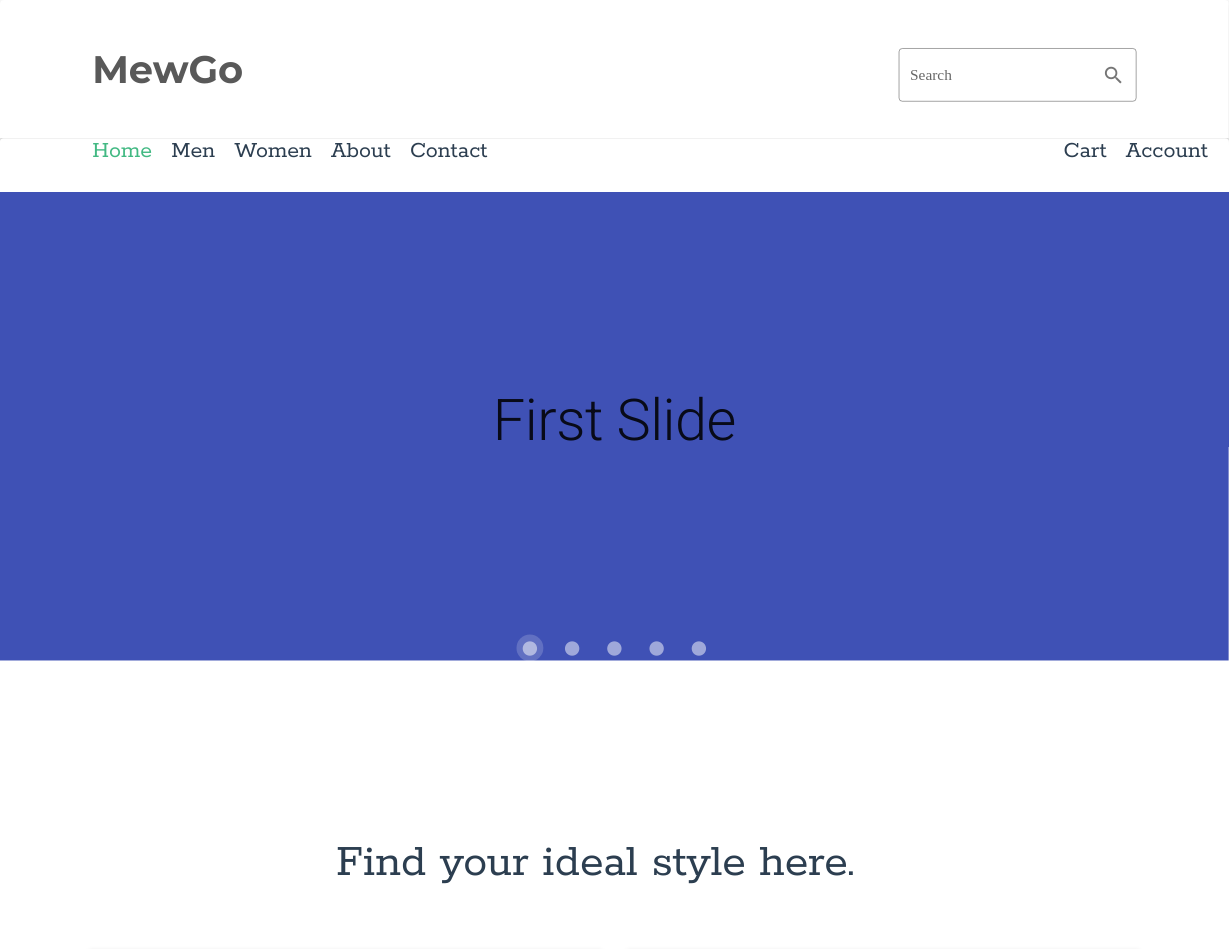
Repository: nguyenphuong152/shoesstore
Page: / (app in frontend-customer/)
The author's editor kept a copy of each file at every save. The page is drawn from the files as they stood at one save, then again after the next save.
The browser window is 1280 px wide. The pictures show the part of the page from y = 0 to 989 px (the page is 3230 px tall), at 96% of full size.
Pictures or frames that could not be fetched are drawn as grey boxes. The project was rebuilt for these pictures with package versions that can differ from the ones it lists, and the page was loaded fresh each time. Also part of the build but not shown: frontend-customer/vue.config.js.

Above is the page before, as saved 2020-11-18 10:39:12.

After the next save:
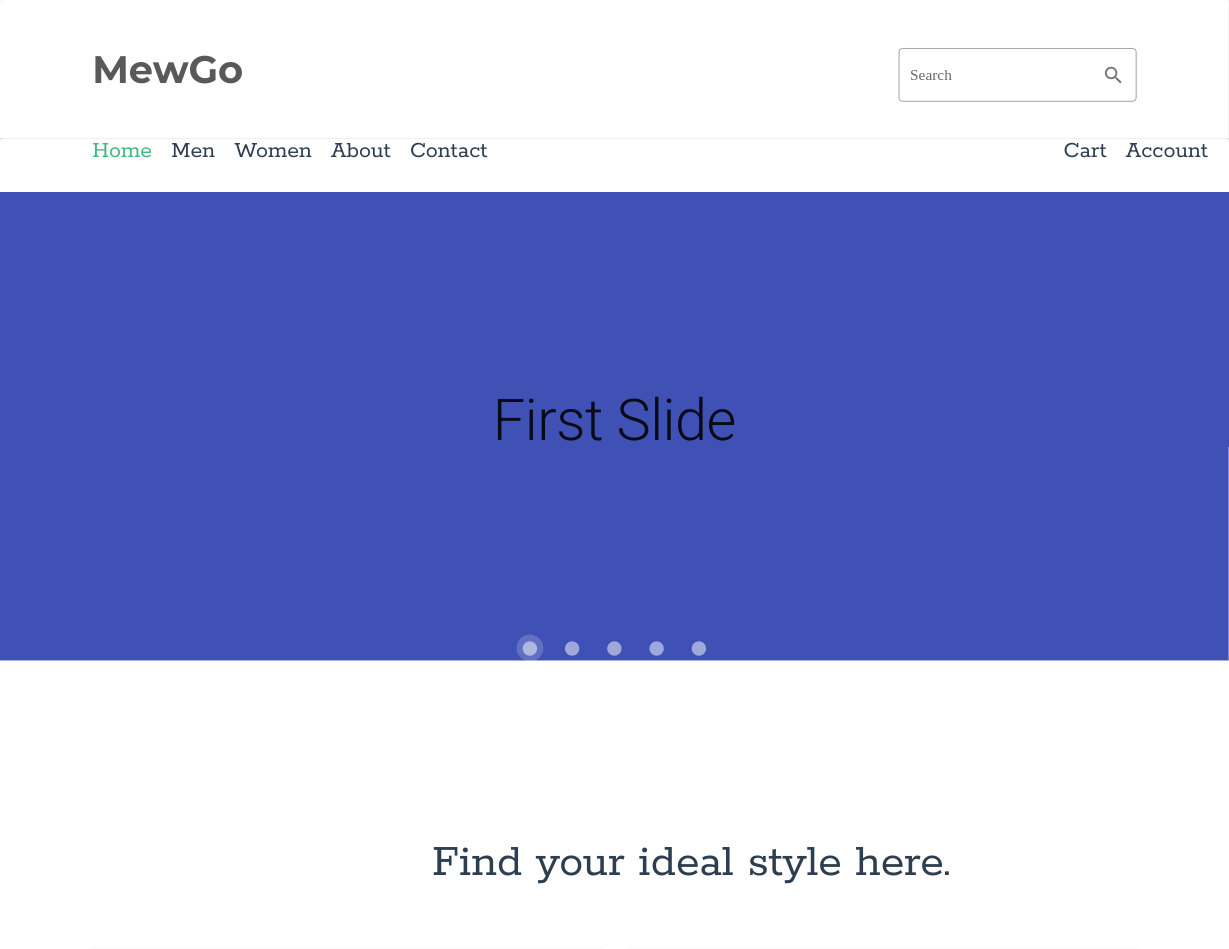
Saved 5 s later.
--- a/frontend-customer/sass/style.scss
+++ b/frontend-customer/sass/style.scss
@@ -72,7 +72,7 @@
 }
 
 .slogan {
-  padding-left: 350px;
+  padding-left: 450px;
   font-size: 50px;
   color: #2c3e50;
   font-family: $font-secondary;
